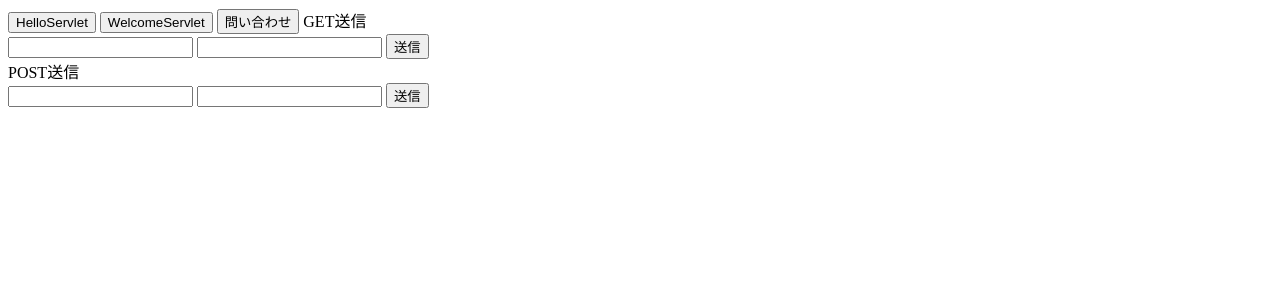
Repository: yoshimi-takeuchi/test
Page: http://localhost/HelloServlet/
An editor plug-in stored every save of this project. The page is shown before and after the next save, followed by the edit.
The browser window is 1280 px wide. The pictures show the whole page.
The page is served by Tomcat 9.

Above is the page before, as saved 2019-01-31 07:25:50.

After the next save:
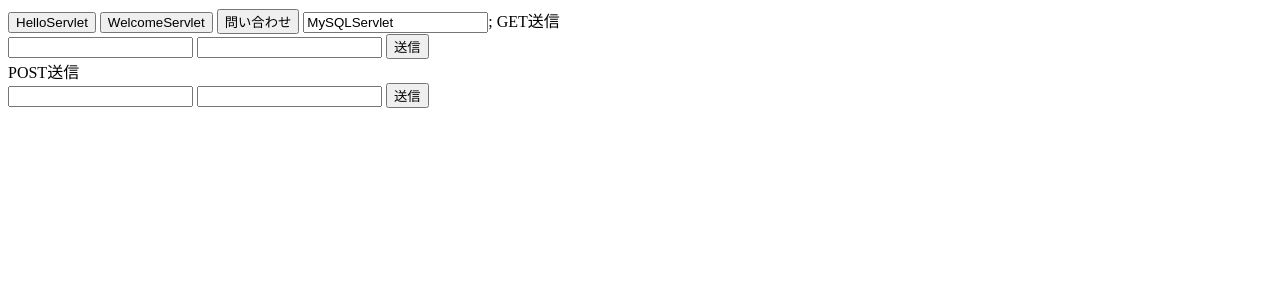
Saved 6 min 1 s later.
--- a/HelloServlet/WebContent/index.jsp
+++ b/HelloServlet/WebContent/index.jsp
@@ -11,6 +11,7 @@
 		<input type="button" value="HelloServlet" onClick="location.href='HelloServlet'">
 		<input type="button" value="WelcomeServlet" onClick="location.href='welcome.jsp'">
 		<input type="button" value="問い合わせ" onClick="location.href='inquiry.jsp'">
+		<input type="botton" value="MySQLServlet" onCligk="location.href='MySQLServlet">;
 
 		GET送信
 		<form method="get" action="TestServlet">
